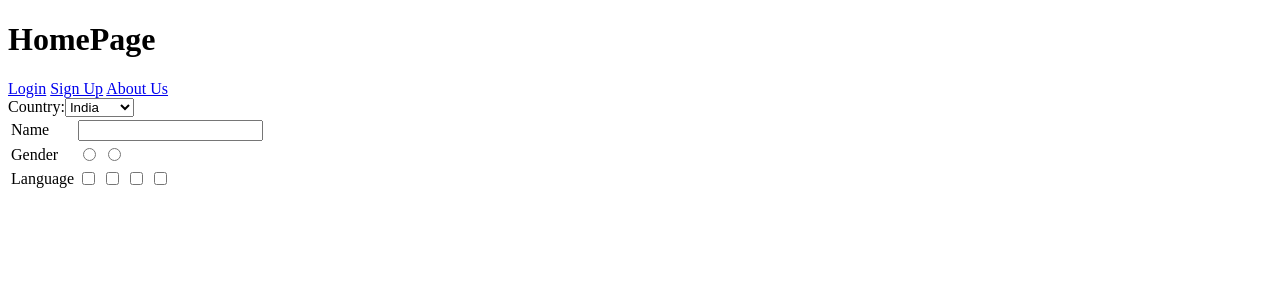
Repository: chirag555/Java_full_stack
Page: http://localhost/BasicMVC/Index.jsp
An editor plug-in stored every save of this project. The page is shown before and after the next save, followed by the edit.
The browser window is 1280 px wide. The pictures show the whole page.
The page is served by Tomcat 9. Other server files are loaded and not shown.

Above is the page before, as saved 2020-02-13 07:41:38.

### BasicMVC/WebContent/Index.jsp
<%@ page language="java" contentType="text/html; charset=ISO-8859-1"
    pageEncoding="ISO-8859-1"%>
<!DOCTYPE html>
<html>
<head>
<meta charset="ISO-8859-1">
<title>Home Page</title>
</head>
<body>
<h1>HomePage</h1>
<a href="<%=request.getContextPath()%>/Controller?page=login">Login</a>
<a href="<%=request.getContextPath()%>/Controller?page=SignUp">Sign Up</a>
<a href="<%=request.getContextPath()%>/Controller?page=about">About Us</a>

<form metod=get action="submit.jsp">
<table>
<tr>
<td>Name</td>
<td><input type=text name=name></td>
</tr>
<tr>
<td>Gender</td>
<td><input type=radio name=gender value=male>
	  <input type=radio name=gender value=female></td></tr>
<tr><td>
Language</td><td><input type=checkbox name=language value=English>
				<input type=checkbox name=language value=Hindi>
				<input type=checkbox name=language value=Gujarati>
				<input type=checkbox name=language value=Punjabi>
</td>
Country:<select name=country>
<option value=india>India</option>
<option value=usa>USA</option>
<option value=nepal>Nepal</option>
<option value=uganda>Uganda</option>
</select>
</tr>
</table>
</form>
</body>
</html>

After the next save:
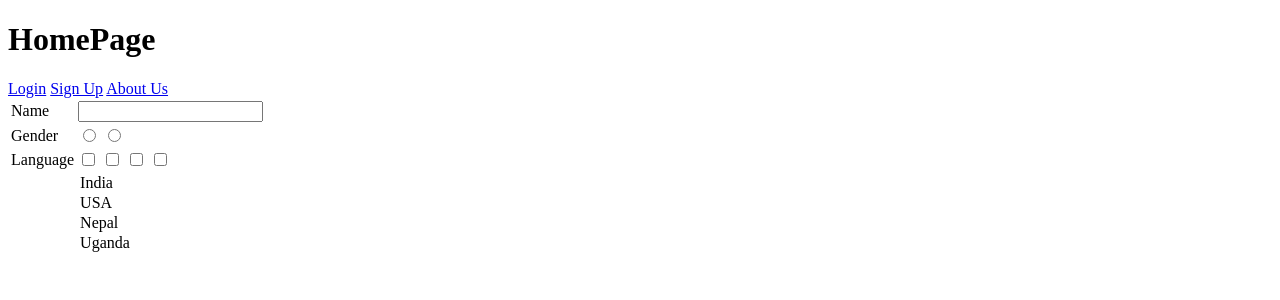
Saved 43 s later.
--- a/BasicMVC/WebContent/Index.jsp
+++ b/BasicMVC/WebContent/Index.jsp
@@ -28,12 +28,16 @@ Language</td><td><input type=checkbox name=language value=English>
 				<input type=checkbox name=language value=Gujarati>
 				<input type=checkbox name=language value=Punjabi>
 </td>
-Country:<select name=country>
+<tr>
+<td
+Country<select name=country></td>
+<td>
 <option value=india>India</option>
 <option value=usa>USA</option>
 <option value=nepal>Nepal</option>
 <option value=uganda>Uganda</option>
 </select>
+</td>
 </tr>
 </table>
 </form>
